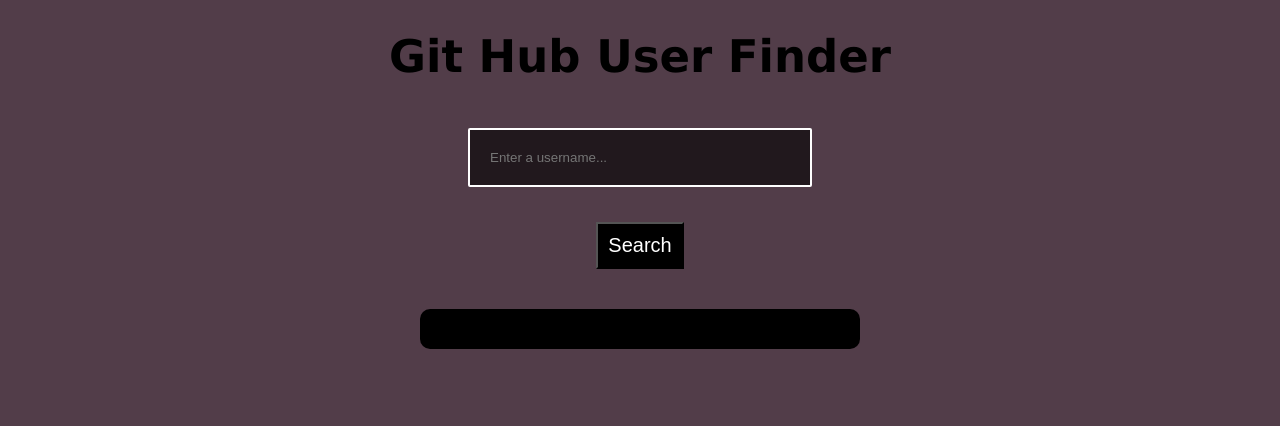
Repository: Dharshinimk-521/github-user-finder
Page: index.html
An editor plug-in stored every save of this project. The page is shown before and after the next save, followed by the edit.
The browser window is 1280 px wide. The pictures show the whole page.
Some web fonts or font styles are not loaded; a fallback is used.

Above is the page before, as saved 2026-04-13 21:47:18.

After the next save:
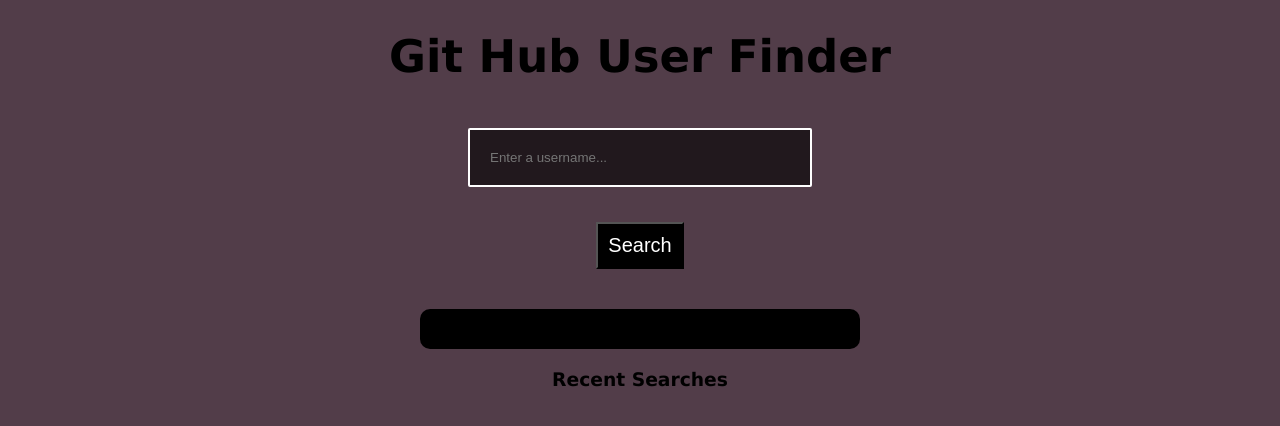
Saved 119 s later.
--- a/index.html
+++ b/index.html
@@ -17,5 +17,10 @@
         <br>
         <button id="search">Search</button>
         <div id="profile"></div>
+        <div class="recent-box">
+        <h3>Recent Searches</h3>
+        <ul id="recentList"></ul>
+        </div>
+
     </body>
 </html>
